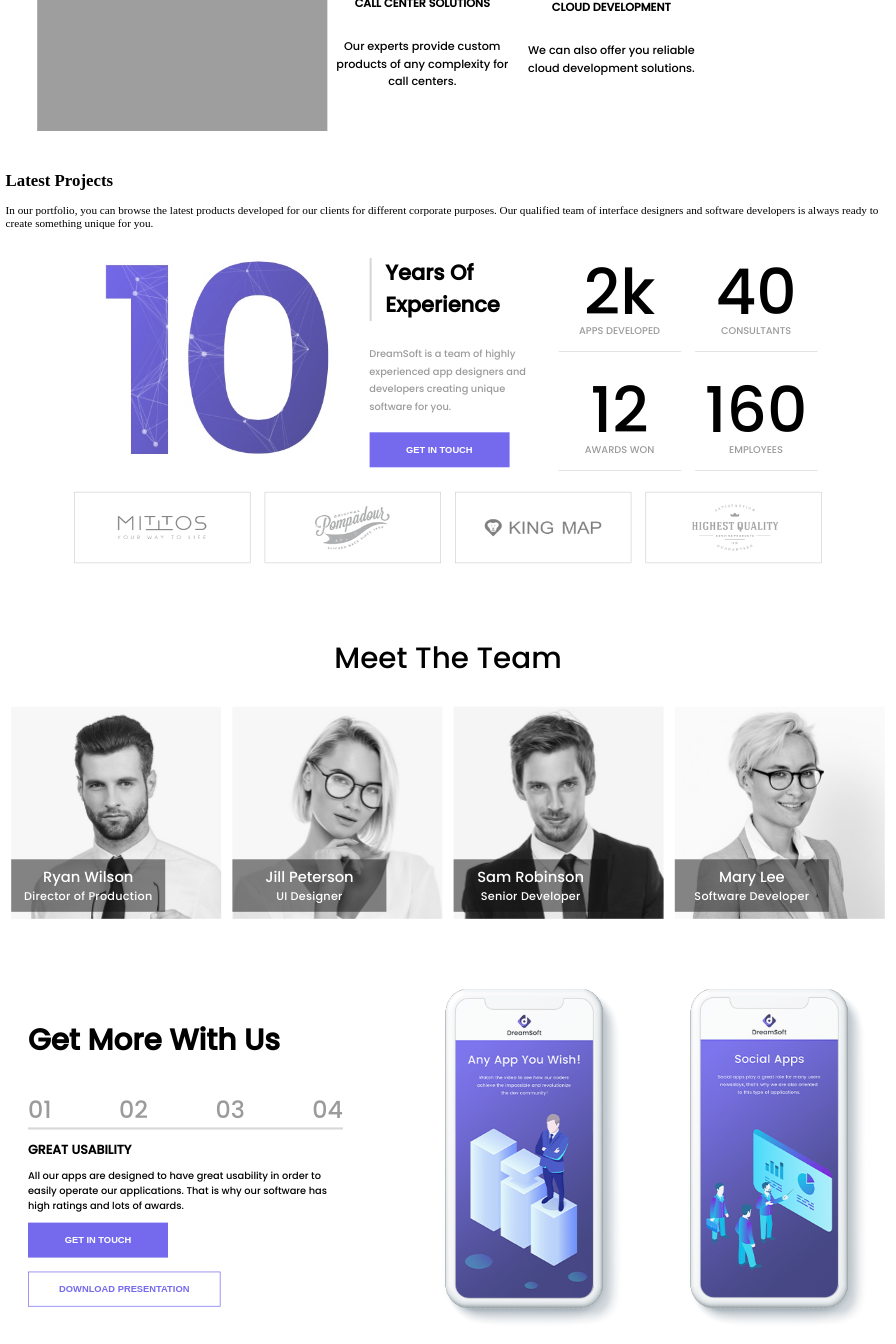
Repository: kkyler24/ladders-bootcamp-awesome
Page: index.html
The author's editor kept a copy of each file at every save. The page is drawn from the files as they stood at one save, then again after the next save.
The browser window is 1280 px wide. The pictures show the part of the page from y = 1151 to 3071 px (the page is 5889 px tall before and 5931 px after), at 70% of full size.
Pictures or frames that could not be fetched are drawn as grey boxes.

Above is the page before, as saved 2021-03-19 15:40:14.

### index.html
<!DOCTYPE html>
<html lang="en">
  <head>
    <meta charset="UTF-8" />
    <meta name="viewport" content="width=device-width, initial-scale=1.0" />
    <link rel="stylesheet" href="style.css" />
    <link rel="stylesheet" href="kstyle.css" />
    <link rel="preconnect" href="https://fonts.gstatic.com">
    <link href="https://fonts.googleapis.com/css2?family=Poppins:wght@500&display=swap" rel="stylesheet">
    <title>Demo</title>
  </head>
  <body>
    <header></header>
    <nav class="container-nav">
      <a class="logopic">
        <img src="./img/jumbotron/logo-default-191x52.png" alt="MCLA LOGO"   height="63.99" width="220">
      </a>
      <div class="nav-link">
      <ul>
        <li class=" list-inline">
          <a href="./index.html">Home</a>
        </li>
        <li class="nav-item active list-inline">
          <a href="./index.html">About Us</a>
        </li>
        <li class="nav-item active list-inline">
          <a href="./index.html">Gallery</a>
        </li>
        <li class="nav-item active list-inline">
          <a href="./index.html">Pricing</a>
        </li>
        <li class="nav-item active list-inline">
          <a href="./index.html">Blog</a>
        </li>
      </ul>
    </div>
      <!-- <button></button> -->

    </nav>
    <!-- jumbotron 3 slides -->
    <div id="jumbotron" class="carousel">
      <!-- <ul class ="carousel-indicators">
          <li data-target="#carouselExampleCaptions" data-slide-to="0" class="active"></li>
          <li data-target="#carouselExampleCaptions" data-slide-to="1"></li>
          <li data-target="#carouselExampleCaptions" data-slide-to="2"></li>
          <li data-target="#carouselExampleCaptions" data-slide-to="3"></li>
      </ul> -->
      <div class="container-jumbo">
          <div class="carousel-item">
              <img id="jumboimgOne"src="./img/jumbotron/jess-bailey-q10VITrVYUM-unsplash.jpg"  alt="..." />
              <div class="jumboheadline">
                <h2 class="jumbotext">Mobile App Development</h2><br>
                  <div id="indext">
                    <p class="jumboPara"> Since our establishment, we have delivering high-quality and sutainable <br> software solutions for corporate purpose of worldwide business.</p>
                  </div>

              </div>
          </div>
          <!-- <div class="carousel-item">
              <img src="Assets/diversity2gether.jpg" class="d-block w-100" alt="..." />
              <div class="carousel-caption d-none d-md-block">
                  <h5>We Celebrate diversity</h5>
              </div>
          </div>
          <div class="carousel-item">
              <img src="Assets/womensrights.jpg" class="d-block w-100" alt="..." />
              <div class="carousel-caption d-none d-md-block">
                  <h5> We charise our choices</h5>
              </div>
          </div>
          <div class="carousel-item">
              <img src="Assets/climate.jpg" class="d-block w-100" alt="..." />
              <div class="carousel-caption d-none d-md-block">
                  <h5> We protect whats ours</h5>
              </div> -->
          </div>
      </div>
  </div>
  <!-- <a class="carousel-control-prev" href="#carouselExampleCaptions" role="button" data-slide="prev">
      <span class="carousel-control-prev-icon" aria-hidden="true"></span>
      <span class="sr-only">Previous</span>
  </a>
  <a class="carousel-control-next" href="#carouselExampleCaptions" role="button" data-slide="next">
      <span class="carousel-control-next-icon" aria-hidden="true"></span>
      <span class="sr-only">Next</span>
  </a> -->
</div>

    </section>

    <section class="all-service-section">
      <!-- see all services -->
          <div class="all-services-img">
            <img src="https://ld-wt73.template-help.com/wt_prod-18959/images/index-1-415x592.jpg" alt="" width="415" height="592">
          </div>

          <div class="all-services-container">

              <div class="corporate-solutions-block">
                <h3 class="all-services-h3">See All Services</h3>
                <button class="all-services-button">All Services</button>
              </div>
              <div class="corporate-solutions-block">
                <img src="./img/icon-phone.PNG" alt="">
                <h4 class="services-title-h4">CORPORATE SOLUTIONS</h4>
                <p class="corporate-solutions-text">Need specific software for your company? We are ready to develop it!</p>
              </div>
              <div class="corporate-solutions-block">
                <img src="./img/icon-headset.PNG" alt="">
                <h4 class="services-title-h4">CALL CENTER SOLUTIONS</h4>
                <p class="corporate-solutions-text">Our experts provide custom products of any complexity for call centers.</p>
              </div>
              <div class="corporate-solutions-block">
                <img src="./img/icon-cloud-box.PNG" alt="">
                <h4 class="services-title-h4">CLOUD DEVELOPMENT</h4>
                <p class="corporate-solutions-text">We can also offer you reliable cloud development solutions.</p>
              </div>

          </div>
    </section>

    <section class="sectThree">
      <!-- latest Projects -->
      <div class="latestPro">
        <h1 id="latestPro"> Latest Projects</h1>
        <p>In our portfolio, you can browse the latest products developed for our clients for different corporate purposes. Our qualified team of interface designers and software developers is always ready to create something unique for you.</p>
        <div></div>

      </div>
    </section>

    <section class="achievements-section">
      <!-- achievements -->
      <figure>
      <img src="./img/10.jpg" alt="Animated number ten" height="300" />
      </figure>
      <div class="years-of-experience-container">
        <h1>Years Of Experience</h1>
        <p>
          DreamSoft is a team of highly experienced app designers and developers
          creating unique software for you.
        </p>
        <button class="get-in-touch-button">Get in touch</button>
      </div>
      <div class="achievements-numbers-container">
        <div class="achievements-numbers-block">
          <h2>2k</h2>
          <p>APPS DEVELOPED</p>
        </div>
        <div class="achievements-numbers-block">
          <h2>40</h2>
          <p>CONSULTANTS</p>
        </div>
        <div class="achievements-numbers-block">
          <h2>12</h2>
          <p>AWARDS WON</p>
        </div>
        <div class="achievements-numbers-block">
          <h2>160</h2>
          <p>EMPLOYEES</p>
        </div>
      </div>
      <div class="logo-links-container">
        <figure>
          <img src="./img/clients-9-270x117.png" alt="Mittos Logo" >
        </figure>
        <figure>
          <img src="./img/clients-10-270x117.png" alt="Pompadour Logo" >
        </figure>
        <figure>
          <img src="./img/clients-3-270x117.png" alt="King Map Logo" >
        </figure>
        <figure>
          <img src="./img/clients-11-270x117.png" alt="Highest Quality Logo" >
        </figure>
      </div>
    </section>

    <section class="meet-the-team-section">
      <!-- meet the team -->
      <h2 class="meet-the-team-h2">Meet The Team</h2>

      <div class="meet-the-team-main-container">

          <div class="meet-team-block">
            <img src="./img/ryan-wilson.jpg" alt="">

            <div class="meet-team-text-block">
              <h4 class="meet-the-team-h4">Ryan Wilson</h4>
              <p class="meet-the-team-p">Director of Production</p>
            </div>
          </div>
          <div class="meet-team-block">
            <img src="./img/jill-peterson.jpg" alt="">

            <div class='meet-team-text-block'>
              <h4 class="meet-the-team-h4">Jill Peterson</h4>
              <p class="meet-the-team-p">UI Designer</p>
            </div>
          </div>
          <div class="meet-team-block">
            <img src="./img/sam-robinson.jpg" alt="">

            <div class='meet-team-text-block'>
              <h4 class="meet-the-team-h4">Sam Robinson</h4>
              <p class="meet-the-team-p">Senior Developer</p>
            </div>
          </div>
          <div class="meet-team-block">
            <img src="./img/mary-lee.jpg" alt="">

            <div class='meet-team-text-block'>
              <h4 class="meet-the-team-h4">Mary Lee</h4>
              <p class="meet-the-team-p">Software Developer</p>
            </div>
          </div>

      </div>
    </section>

    <section class="get-more-with-us-section">
      <!-- Get more with us -->
      <section class="get-more-with-us">
        <h1>Get More With Us</h1>
        <div class="numbers">
          <p>01</p>
          <p>02</p>
          <p>03</p>
          <p>04</p>
        </div>
        <h2>GREAT USABILITY</h2>
        <p class="get-more-about-project">
          All our apps are designed to have great usability in
          order to easily operate our applications.
          That is why our software has high ratings and lots of awards.
        </p>
        <button class="get-in-touch-button">Get in touch</button>
        <button class="download-presentation-button">Download presentation</button>
      </section>
      <img src="img/index-4-261x484.png" alt="Screen with Any App You Wish">
      <img src="img/index-5-261x484.png" alt="Screen with Socia Apps">
    </section>

    <section class="what-people-say-section">
      <!-- What People Say -->
      <h2 class="what-people-say-h2">What People Say</h2>

      <div class="what-people-say-main-container">

        <div class="client-container">
          <img src="./img/catherine-wilson.jpg" alt="">
          <div class="client-title">
            <h4 class="client-name-h4">Catherine Williams</h4>
            <p>Regular client</p>
          </div>
          <div class="client-body">
            <p class="client-body-p">DreamSoft offers a high caliber of resources skilled
            in Microsoft Azure .NET, mobile and Quality Assurance. They
            became our true business partners over the past three years.</p>
          </div>
        </div>
        <div class="client-container">
          <img src="./img/rupert-woods.jpg" alt="">
          <div class="client-title">
            <h4 class="client-name-h4">Rupert Wood</h4>
            <p>Regular client</p>
          </div>
          <div class="client-body">
            <p class="client-body-p">DreamSoft powered us with a competent team to develop
            products for banking services. The team has been delivering
            results within budget and time, which is amazing.</p>
          </div>
        </div>
        <div class="client-container">
          <img src="./img/samantha-brown.jpg" alt="">
          <div class="client-title">
            <h4 class="client-name-h4">Samantha Brown</h4>
            <p>Regular client</p>
          </div>
          <div class="client-body">
            <p class="client-body-p">DreamSoft is a highly skilled and uniquely capable
            firm with multitudes of talent on-board. We have
            results within budget and time, which is amazing.
            collaborated on a number of diverse projects that
            have been a great success.</p>
          </div>
        </div>

      </div>

    </section>

    <section class="latest-blog-posts-section">
      <h2 class="what-people-say-h2">Latest Blog Posts</h2>
      <div class="posts-container">
        <div class="post-block">
          <figure>
          <img class="post-cover" src="img/post-10-370x307.jpg">
          <img class="post-date-label" src="img/label.svg">
          <p class="post-label-date">07/04</p>
          </figure>
          <h4 class="block-post-h4">Benefits Of Async/Await</h4>
            <p class="blog-post-p">
            Asynchronous functions are a good and bad thing in JavaScript.
            The good side is that asynchronous functions are non-blocking and…
            </p>
        </div>
        <div class="post-block">
          <figure>
          <img class="post-cover" src="img/post-11-370x307.jpg">
          <img class="post-date-label" src="img/label.svg">
          <p class="post-label-date">07/17</p>
          </figure>
          <h4 class="block-post-h4">Key Considerations Of IPaaS</h4>
            <p class="blog-post-p">
              Digital transformation requires cloud appropriate adoption,
              legacy IT systems modernization, and Agile-based methodologies for faster…
            </p>
        </div>
        <div class="post-block">
          <figure>
          <img class="post-cover" src="img/post-12-370x307.jpg">
          <img class="post-date-label" src="img/label.svg">
          <p class="post-label-date">07/22</p>
          </figure>
          <h4 class="block-post-h4">Hibernate Query Language</h4>
            <p class="blog-post-p">
              In this tutorial, we will discuss the
              Hibernate Query Language. HQL is an object-oriented query language.
              Hibernate Query...
            </p>
        </div>
      </div>
    </section>

    <footer>
      <!-- contacts and info -->
      <section class="footer-contacts">
        <img src="img/logo-inverse-191x52.png" alt="DreamSoft Logo">
        <p class="about-company">
          Our company has been developing high-quality and reliable software
          for corporate needs since 2008. We are renowned professionals of
          software development.</p>
        <div class="address-block-container">
          <div class="one-contact-block">
            <h2>ADDRESS</h2>
            <p>4730 Crystal Springs Dr, Los Angeles, CA 90027</p>
          </div>
          <div class="one-contact-block">
            <h2>PHONES</h2>
            <p>
              <span class="changing-color">+1 323-913-4688</span>
              <span>,</span>
              <span class="changing-color">+1 323-888-4554</span>
            </p>
          </div>
          <div class="one-contact-block">
            <h2>E-MAILS</h2>
            <p>
              <span>info@demolink.org</span>
              <span>,</span>
              <span>mail@demolink.org</span>
            </p>
          </div>
          <div class="social-media-links-container">
            <img src="img/iconfinder_Circled_Facebook.svg" alt="Facebook Icon">
            <img src="img/iconfinder_Circled_Instagram.svg" alt="Facebook Icon">
            <img src="img/iconfinder_Circled_Linkedin.svg" alt="Facebook Icon">
            <img src="img/iconfinder_Circled_Twitter.svg" alt="Facebook Icon">
          </div>
        </div>
      </section>
      <form class="contact-form">
        <h1>Questions? Contact Us</h1>
        <input class="input-field-1" type="text" id="name" name="name" placeholder="Name"><br>
        <input class="input-field-1" type="text" id="email" name="email" placeholder="Email"><br>
        <input class="input-field-2" type="text" id="message" name="message" placeholder="Message"><br>
        <button class="send-message-button">Send message</button>
      </form>
      <section class="what-we-offer">
        <h1>What We Offer</h1>
        <div class="what-we-offer-container">
            <figure class="what-we-offer-item">
              <p>DB Management</p>
              <figure class="triangle"></figure>
            </figure>
            <figure class="what-we-offer-item">
              <p>IOS/MacOS</p>
              <figure class="triangle"></figure>
            </figure>
            <figure class="what-we-offer-item">
              <p>Android Apps</p>
              <figure class="triangle"></figure>
            </figure>
            <figure class="what-we-offer-item">
              <p>Windows Apps</p>
              <figure class="triangle"></figure>
            </figure>
            <figure class="what-we-offer-item">
              <p>UX/UI Apps</p>
              <figure class="triangle"></figure>
          </figure>
        </div>
        </section>
      </footer>
  </body>
</html>

### kstyle.css
/* Navbar git  */
.container-nav {
  display: flex;
}

.list-inline {
  display: inline;
  list-style-type: none;
  padding-right: 10px;
  font-family: Georgia, "Times New Roman", Times, serif;
}

a.logopic {
  flex-flow: row;
  flex-grow: 3;
}

ul.li.a {
  font-family: "Helvetica", sans-serif;
  font-weight: 500;
}

/* Jumbotron */
.jumboPara {
  text-align: center;
}

.jumbotron .container-jumbo {
  max-width: 100%;
  background-color: #222;
}

#jumbotron {
  padding: 30px 0px 30px 0px;
  max-width: 100%;
  background-color: transparent;
  overflow: hidden;
}

.container-jumbo {
  display: flex;
  width: 100%;
  margin: 0 auto;
  height: 561px;
}

.jumbotext {
  text-align: center;
  color: rgb(2, 2, 2);
  font-family: "Raleway", Helvetica, Arial, sans-serif;
  font-weight: 600;
  text-transform: uppercase;
}

.jumboheadline {
  display: flex;
  flex-direction: column;
  height: 506px;
  justify-content: flex-end;
}

#jumboimgOne {
  z-index: 0;
  position: absolute;
  display: flex;
  /* flex-grow: 1; */
  width: 100%;
  overflow-x: hidden;
}

.carousel-item {
  text-align: center;
  width: 100%;
}

.carousel-item,
.jumbotext,
#indext {
  position: relative;
  z-index: 2;
}

Loaded but not shown: style.css (628 lines, source omitted)

After the next save:
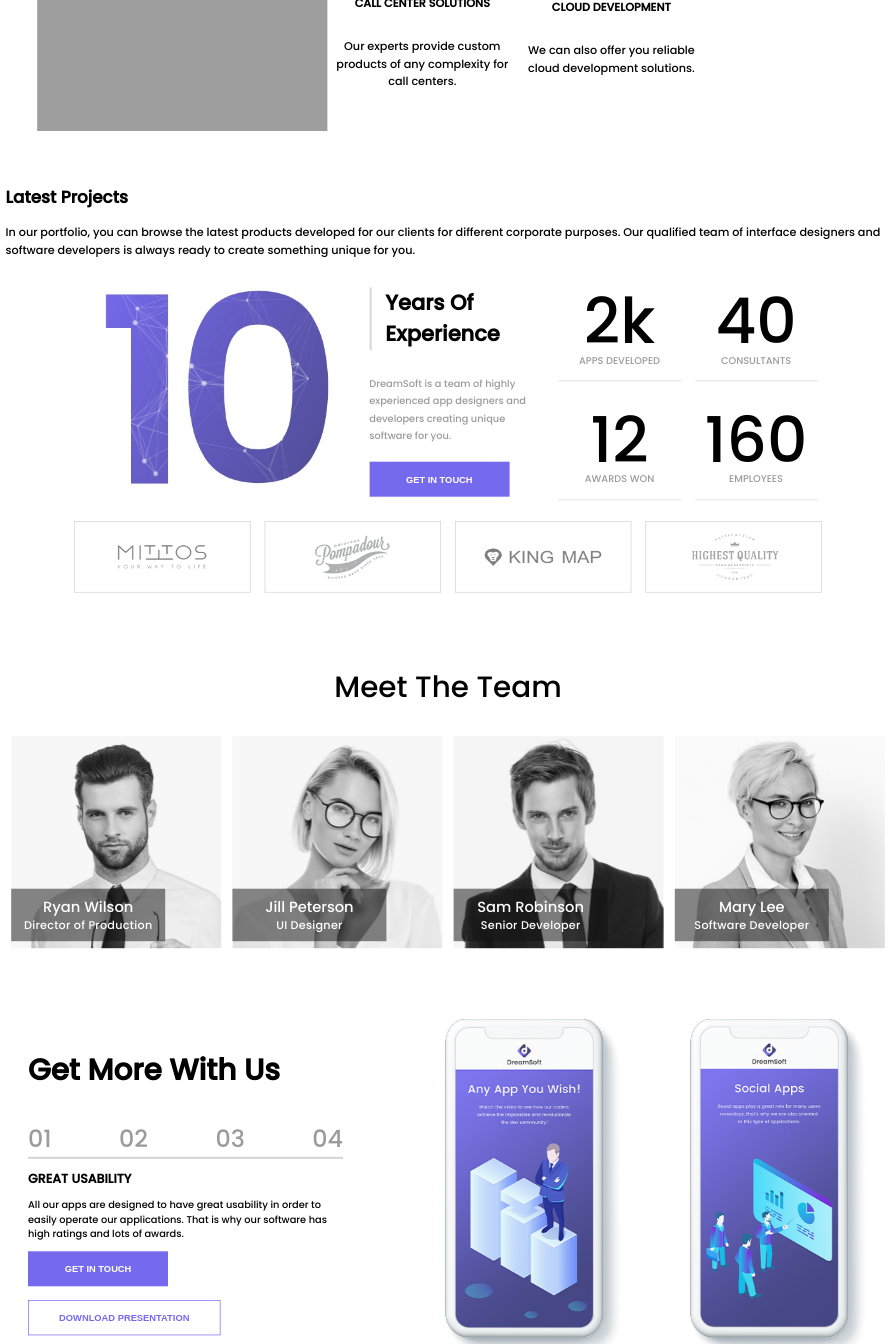
Saved 7 min 24 s later.
--- a/kstyle.css
+++ b/kstyle.css
@@ -16,8 +16,9 @@ a.logopic {
 }
 
 ul.li.a {
-  font-family: "Helvetica", sans-serif;
+  font-family: "Poppins", sans-serif;
   font-weight: 500;
+  color: black;
 }
 
 /* Jumbotron */
@@ -79,3 +80,11 @@ ul.li.a {
   position: relative;
   z-index: 2;
 }
+
+/* latest Section */
+
+.sectThree{
+  display: flex;
+  align-content: center;
+  font-family: "Poppins", sans-serif;;
+}
